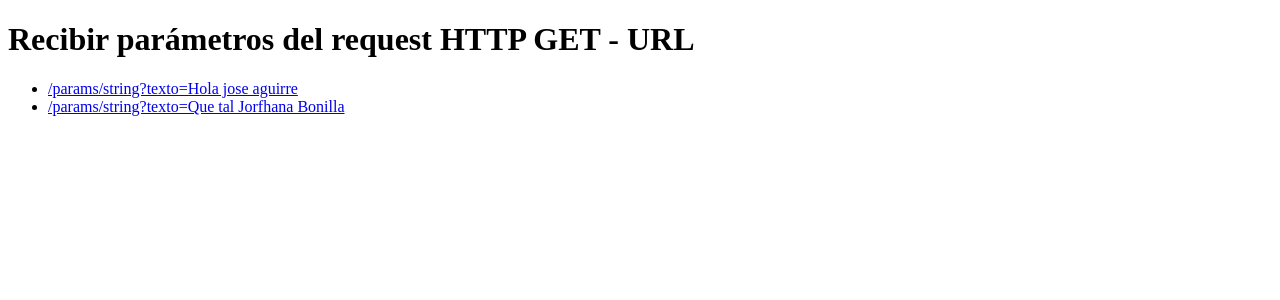
Repository: Josej36Aguirre/Spring5
Page: http://localhost/params/index
The author's editor kept a copy of each file at every save. The page is drawn from the files as they stood at one save, then again after the next save.
The browser window is 1280 px wide. The pictures show the whole page.
The page is this project's Thymeleaf template; nobody is signed in. The template is opened directly, without the code that normally fills it, so the values that code supplies are empty.

Above is the page before, as saved 2019-06-19 18:29:51.

After the next save:
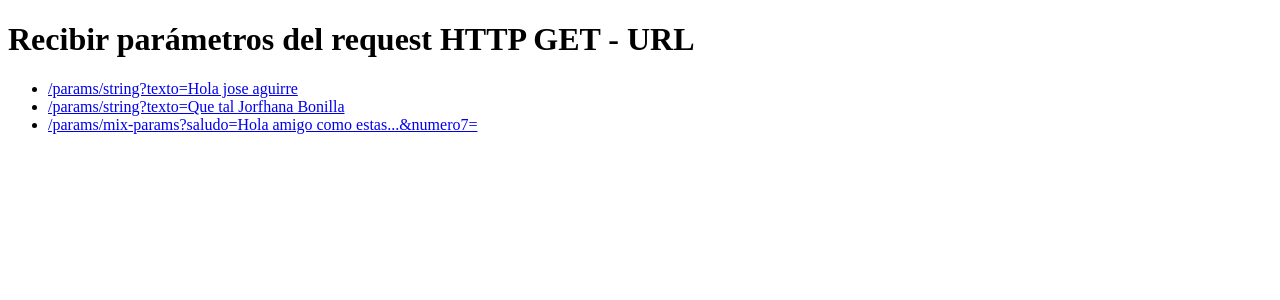
Saved 3 min 56 s later.
--- a/spring-boot-web/src/main/resources/templates/params/index.html
+++ b/spring-boot-web/src/main/resources/templates/params/index.html
@@ -13,6 +13,9 @@
 <li>
 <a th:href="@{/params/string(texto='Que tal Jorfhana Bonilla')}">/params/string?texto=Que tal Jorfhana Bonilla</a>
 </li>
+<li>
+<a th:href="@{/params/mix-params(saludo='Hola amigo como estas...', numero=10)}">/params/mix-params?saludo=Hola amigo como estas...&numero7=</a>
+</li>
 </ul>
 </body>
 </html>
